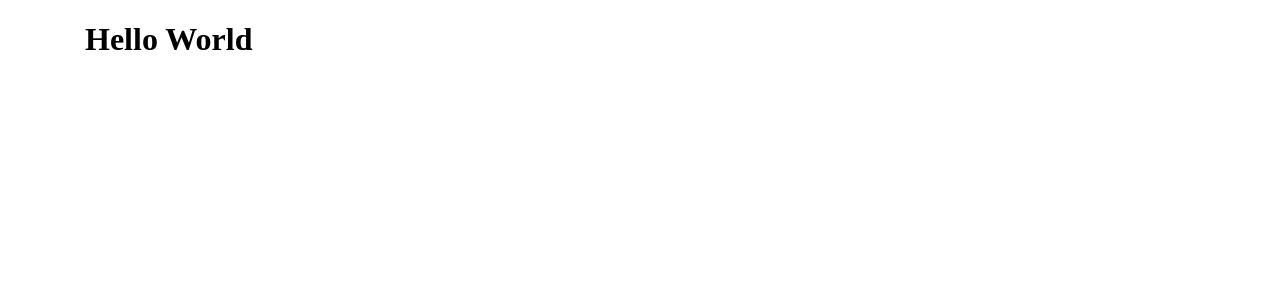
Repository: aphim/WEB6201-wk1
Page: index.html
These files come from the project's save history. The page is drawn as it stood at one moment and after the next save; the edit follows.
The browser window is 1280 px wide. The pictures show the whole page.

Above is the page before, as saved 2021-01-14 09:18:38.

### index.html
<!DOCTYPE html>
<html lang="en">
<head>
    <meta charset="UTF-8">
    <meta name="viewport" content="width=device-width, initial-scale=1.0">
    <div class="container">
        <h1>Hello World</h1>
    </div>
    <!-- CSS section-->
    <link rel="stylesheet" href="./node_modules/bootstrap/dist/css/bootstrap-grid.min.css">
    <link rel="stylesheet" href="./node_modules/bootstrap/@fortawesome/fontawesome-free/css/all.min.css">
    <link rel="stylesheet" href="./content/app.css">
</head>
<body>

    <!-- Javascript Section-->
    <script src="./node_modules/jquery/dist/jquery.min.js"></script>
    <script src="./node_modules/bootstrap/dist/js/bootstrap.bundle.min.js"></script>

    <script src="./Scripts/app.js"></script>
</body>
</html>

### Content/app.css
/* Custom CSS goes here */

### Scripts/app.js
/* custom scripts go here */

(function()
{
    // initialization function
    function Start()
    {
        console.log("App Started...");

        //always use let instead of var
        for (let index =0; index < 5; index++)
        {
            console.log(index);
        }

    }
    // event listener
    window.addEventListener("load", Start);
}

)();

Loaded but not shown: node_modules/bootstrap/dist/css/bootstrap-grid.min.css (library); node_modules/@fortawesome/fontawesome-free/css/all.min.css (library); node_modules/jquery/dist/jquery.min.js (library); node_modules/bootstrap/dist/js/bootstrap.bundle.min.js (library)

After the next save:
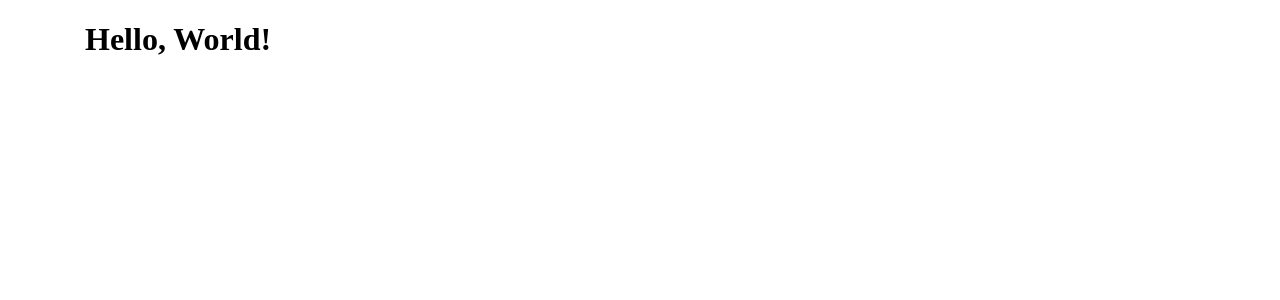
Saved 55 s later.
--- a/index.html
+++ b/index.html
@@ -3,15 +3,17 @@
 <head>
     <meta charset="UTF-8">
     <meta name="viewport" content="width=device-width, initial-scale=1.0">
-    <div class="container">
-        <h1>Hello World</h1>
-    </div>
+    <title>Hello World</title>
+
     <!-- CSS section-->
     <link rel="stylesheet" href="./node_modules/bootstrap/dist/css/bootstrap-grid.min.css">
     <link rel="stylesheet" href="./node_modules/bootstrap/@fortawesome/fontawesome-free/css/all.min.css">
     <link rel="stylesheet" href="./content/app.css">
 </head>
 <body>
+    <div class="container">
+        <h1>Hello, World!</h1>
+    </div>
 
     <!-- Javascript Section-->
     <script src="./node_modules/jquery/dist/jquery.min.js"></script>
